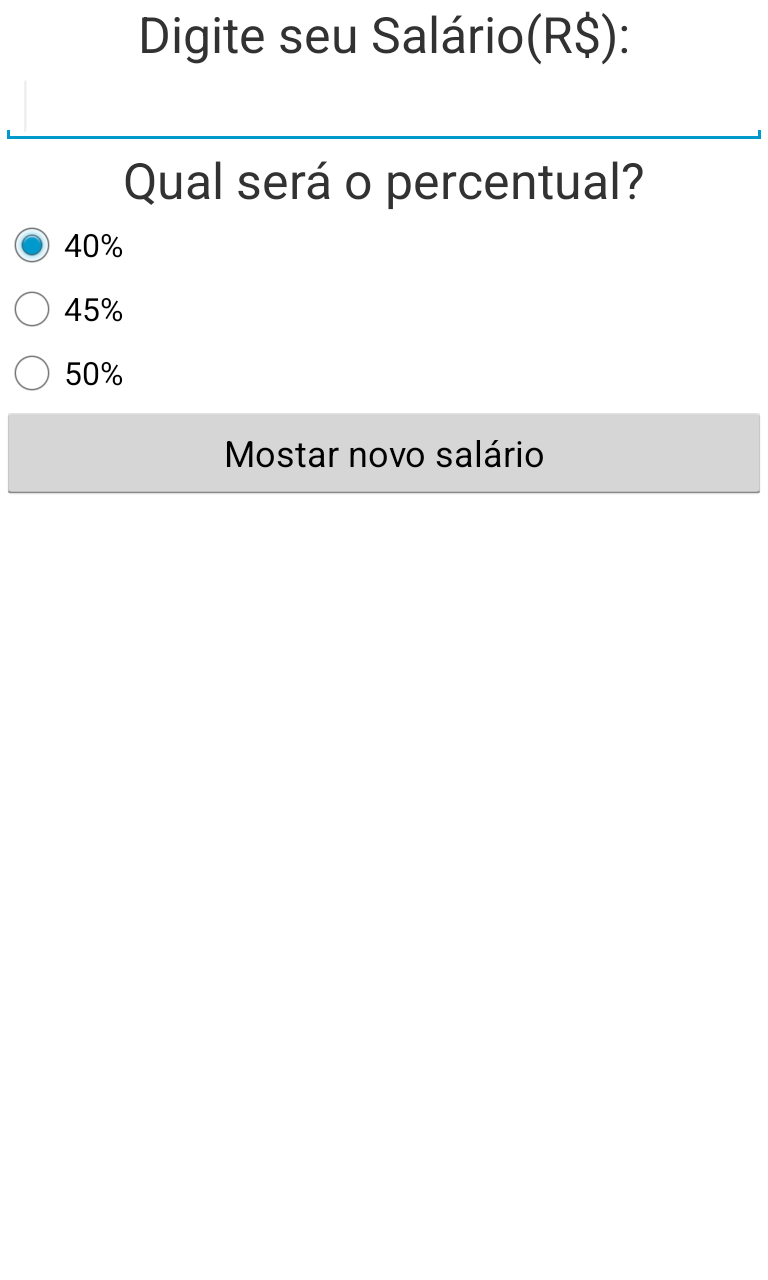
Repository: Rennanxp2/Android_Exercices_done
Layout: Exercícios Android 2/Ex3/res/layout/activity_salario.xml
The author's editor kept a copy of each file at every save. The layout is drawn from the files as they stood at one save, then again after the next save.
It is drawn on a 768 x 1280 px phone screen (xhdpi) without system bars, with theme AppTheme; the app's code is not run.

Above is the layout before, as saved 2017-09-26 13:42:31.

### Exercícios Android 2/Ex3/res/layout/activity_salario.xml
<LinearLayout xmlns:android="http://schemas.android.com/apk/res/android"
    xmlns:tools="http://schemas.android.com/tools"
    android:id="@+id/LinearLayout1"
    android:layout_width="match_parent"
    android:layout_height="match_parent"
    android:orientation="vertical"
    tools:context="${relativePackage}.${activityClass}" >

    <LinearLayout
        android:layout_width="match_parent"
        android:layout_height="wrap_content"
        android:gravity="center" >

        <TextView
            android:id="@+id/textView1"
            android:layout_width="wrap_content"
            android:layout_height="wrap_content"
            android:layout_gravity="center"
            android:text="Digite seu Salário(R$):"
            android:textSize="25dp" />
    </LinearLayout>

    <LinearLayout
        android:layout_width="match_parent"
        android:layout_height="wrap_content"
        android:gravity="center" >

        <EditText
            android:id="@+id/editText1"
            android:layout_width="wrap_content"
            android:layout_height="wrap_content"
            android:layout_weight="1"
            android:ems="10" >

            <requestFocus />
        </EditText>
    </LinearLayout>

    <LinearLayout
        android:layout_width="match_parent"
        android:layout_height="wrap_content"
        android:gravity="center" >

        <TextView
            android:id="@+id/textView2"
            android:layout_width="wrap_content"
            android:layout_height="wrap_content"
            android:layout_gravity="center"
            android:text="Qual será o percentual?"
            android:textSize="25dp" />
    </LinearLayout>

    <RadioGroup
        android:id="@+id/radioGroup1"
        android:layout_width="wrap_content"
        android:layout_height="wrap_content" >

        <RadioButton
            android:id="@+id/radio0"
            android:layout_width="wrap_content"
            android:layout_height="wrap_content"
            android:checked="true"
            android:text="40%" />

        <RadioButton
            android:id="@+id/radio1"
            android:layout_width="wrap_content"
            android:layout_height="wrap_content"
            android:text="45%" />

        <RadioButton
            android:id="@+id/radio2"
            android:layout_width="wrap_content"
            android:layout_height="wrap_content"
            android:text="50%" />
    </RadioGroup>

    <Button
        android:id="@+id/button1"
        android:layout_width="match_parent"
        android:layout_height="wrap_content"
        android:text="Mostar novo salário" />

</LinearLayout>

Loaded but not shown: Exercícios Android 2/Ex3/res/values/styles.xml (common file); Exercícios Android 2/Ex3/res/values-v11/styles.xml (common file); Exercícios Android 2/Ex3/res/values-v14/styles.xml (common file)

After the next save:
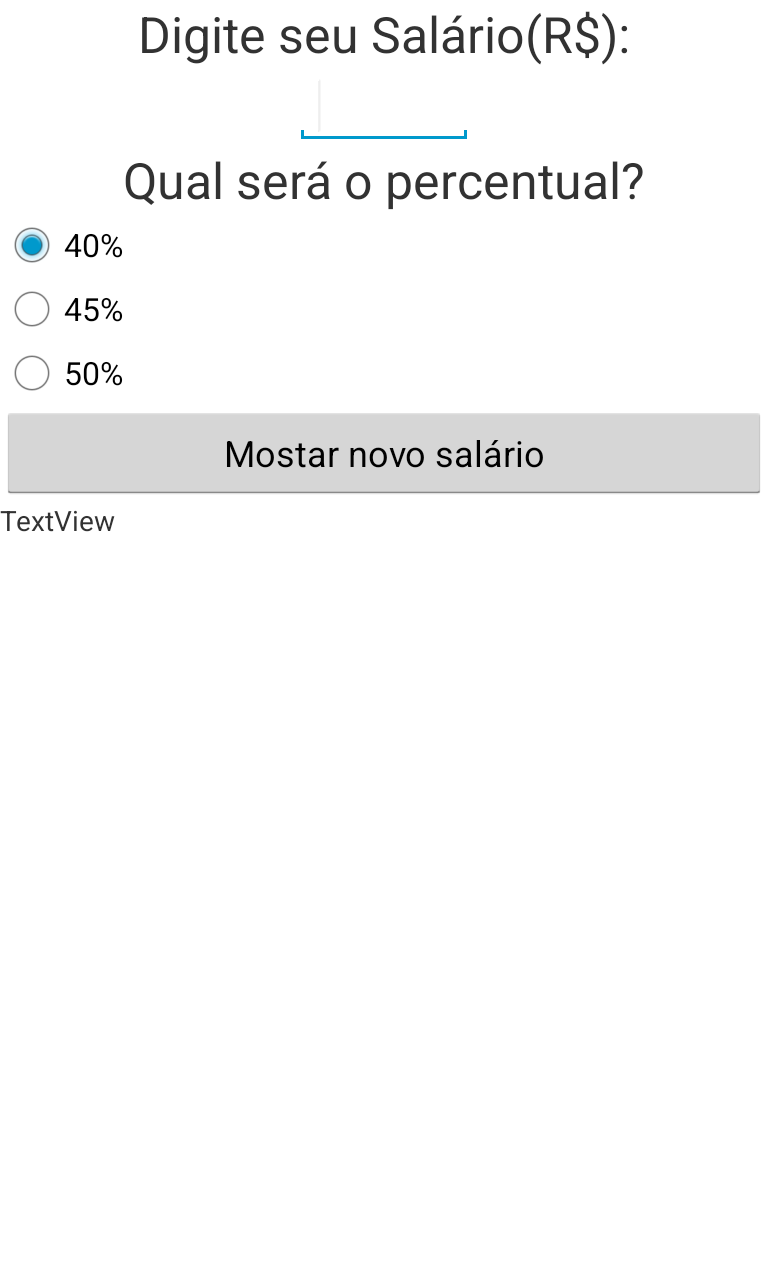
Saved 3 min 54 s later.
--- a/Exercícios Android 2/Ex3/res/layout/activity_salario.xml
+++ b/Exercícios Android 2/Ex3/res/layout/activity_salario.xml
@@ -27,9 +27,8 @@
 
         <EditText
             android:id="@+id/editText1"
-            android:layout_width="wrap_content"
+            android:layout_width="90dp"
             android:layout_height="wrap_content"
-            android:layout_weight="1"
             android:ems="10" >
 
             <requestFocus />
@@ -81,4 +80,10 @@
         android:layout_height="wrap_content"
         android:text="Mostar novo salário" />
 
+    <TextView
+        android:id="@+id/textView3"
+        android:layout_width="match_parent"
+        android:layout_height="wrap_content"
+        android:text="TextView" />
+
 </LinearLayout>
